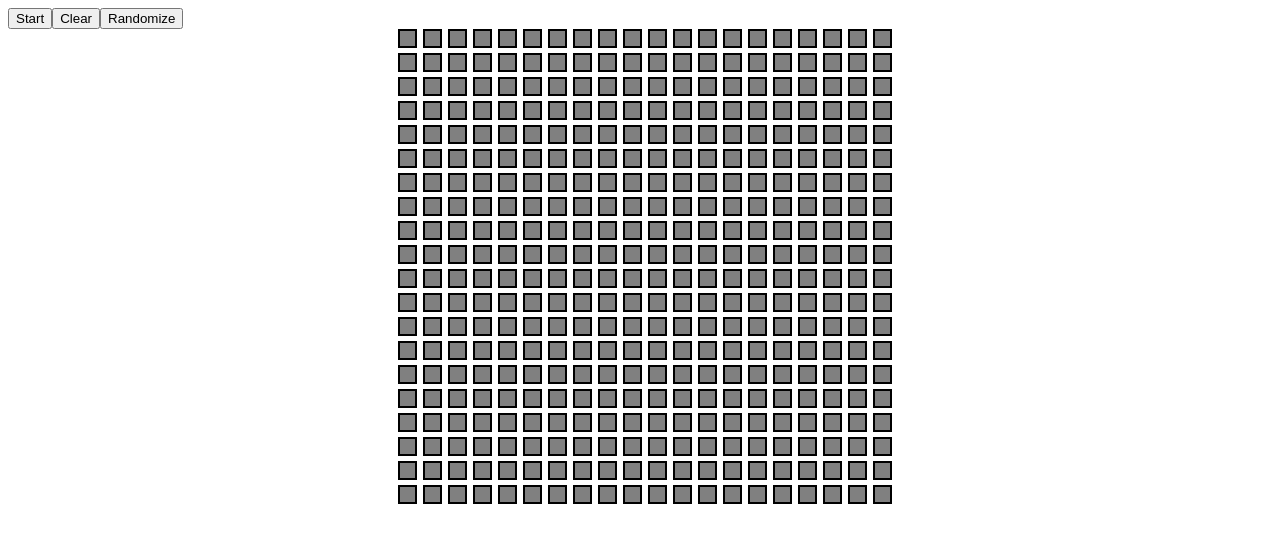
Repository: avanbussum/cellular-automata
Page: /
An editor plug-in stored every save of this project. The page is shown before and after the next save, followed by the edit.
The browser window is 1280 px wide. The pictures show the whole page.
The project was rebuilt for these pictures with package versions that can differ from the ones it lists, and the page was loaded fresh each time.

Above is the page before, as saved 2023-04-29 01:16:39.

### src/App.js
import React, { useState, useCallback, useRef } from 'react'
import Produce from 'immer';

const numRows = 20;
const numCols = 20;

let rps = false;

// const cell = {alive: 0, type: 0, color: ''};
//const deadcell = {dead: 0, type: 0, color: ''};


const neighborCoordinates = [
  [0, 1],
  [0, -1],
  [1, 1],
  [1, -1],
  [-1, 0],
  [-1, 1],
  [-1, -1],
  [1, 0]
]

const resetGrid = () => {
  const rows = [];
  for (let i = 0; i < numRows; i++) {
    rows.push(Array.from(Array(numCols), () => { const cell = { alive: 0, type: '', color: 'purple' }; return (cell) }
    ))
  }
  console.log(rows.join(rows.type))
  return rows;
}

export const App = () => {
  const [grid, setGrid] = useState(() => {
    return resetGrid()
  });

  const [running, setRunning] = useState(false)

  const runningRef = useRef(running);
  runningRef.current = running

  const runSimulation = useCallback(() => {
    if (!runningRef.current) {
      return;
    }
    setGrid((grid) => {
      return Produce(grid, gridCopy => {
        for (let x = 0; x < numRows; x++) {
          for (let y = 0; y < numCols; y++) {
            let neighbors = 0;
            neighborCoordinates.forEach(([a, b]) => {
              const newX = x + a;
              const newY = y + b;

              if (newX >= 0 && newX < numRows && newY >= 0 && newY < numCols) {
                neighbors += grid[newX][newY].alive
              }
            })

            // "game of life - rules"

            // if (neighbors < 2 || neighbors > 3) {
            //   gridCopy[x][y].alive = 0;
            // } else if (grid[x][y].alive === 0 && neighbors === 3) {
            //   gridCopy[x][y].alive = 1;
            // }

            //"seeds"

            // if (grid[x][y].alive === 1 && neighbors === 2) {
            //   gridCopy[x][y].alive = 1;
            // } else if (grid[x][y].alive === 0 && neighbors === 2) {
            //   gridCopy[x][y].alive = 1;
            // } else {
            //   gridCopy[x][y].alive = 0;
            // }

            // "RPS"
            rps = true
            let r = 0;
            let p = 0;
            let s = 0;
            console.log(s)

            neighborCoordinates.forEach(([a, b]) => {
              const newX = x + a;
              const newY = y + b;

              if (newX >= 0 && newX < numRows && newY >= 0 && newY < numCols) {
                if (grid[newX][newY].type === 'scissors') s++;
                if (grid[newX][newY].type === 'rock') r++;
                if (grid[newX][newY].type === 'paper') p++;
              }
            })

            let cur = grid[x][y];
            if (cur.alive) {
              switch (cur.type) {
                case 'rock':
                  if (p>2) {
                    gridCopy[x][y].type = 'paper';
                    gridCopy[x][y].color = 'green';
                  }
                break;

                case 'paper':

                  if (s>2) {
                    gridCopy[x][y].type = 'scissors';
                    gridCopy[x][y].color = 'red';
                  }
                break;

                case 'scissors':
                  if (r>2) {
                    gridCopy[x][y].type = 'rock';
                    gridCopy[x][y].color = 'blue';
                  }
                break;
              }
            }



          }
        }
      });
    });


    setTimeout(runSimulation, 0.1);
  }, []);




  return (
    <>
      <button
        onClick={() => {
          setRunning(!running);
          if (!running) {
            runningRef.current = true;
            runSimulation();
          }
        }}
      >
        {running ? 'Stop' : 'Start'}
      </button>
      <button onClick={() => setGrid(resetGrid())}>Clear</button>
      <button
        onClick={() => {
          const rows = [];

          for (let i = 0; i < numRows; i++) {
            rows.push(
              Array.from(Array(numCols), () => {
                const cell = { alive: 0, type: '', color: 'purple' };
                let prob = 0.4;
                if (rps === true) prob = 1
                if (Math.random() < prob) {
                  cell.alive = 1;
                }
                else {
                  cell.alive = 0;
                }

                if (rps === true) {
                  if (Math.random() < 1 / 3) {
                    cell.type = 'rock';
                    cell.color = 'blue'
                  }
                  else if (Math.random() > 2 / 3) {
                    cell.type = 'paper';
                    cell.color = 'green'

                  }
                  else {
                    cell.type = 'scissors';
                    cell.color = 'red'
                  }
                }

                return cell;
              })
            );
          }
          console.log(rows)
          setGrid(rows);
        }}
      >
        Randomize
      </button>

      <div
        style={{
          display: 'grid',
          gridTemplateColumns: `repeat(${numCols}, 10px)`,
          rowGap: '5px',
          columnGap: '15px',
          justifyContent: 'center',
        }}
      >
        {grid.map((rows, x) =>
          rows.map((col, y) => (
            <div
              onClick={() => {
                const newGrid = Produce(grid, (gridCopy) => {
                  gridCopy[x][y].alive = grid[x][y].alive ? 0 : 1;
                });
                setGrid(newGrid);
              }}
              key={`${x}-${y}`}
              style={{
                width: 15,
                height: 15,
                backgroundColor: grid[x][y].alive ? grid[x][y].color : 'gray',
                border: 'solid 2px black',
              }}
            />
          ))
        )}
      </div>
    </>
  );
}

export default App;

Loaded but not shown: public/index.html (common file); src/index.js (common file); src/reportWebVitals.js (common file)

After the next save:
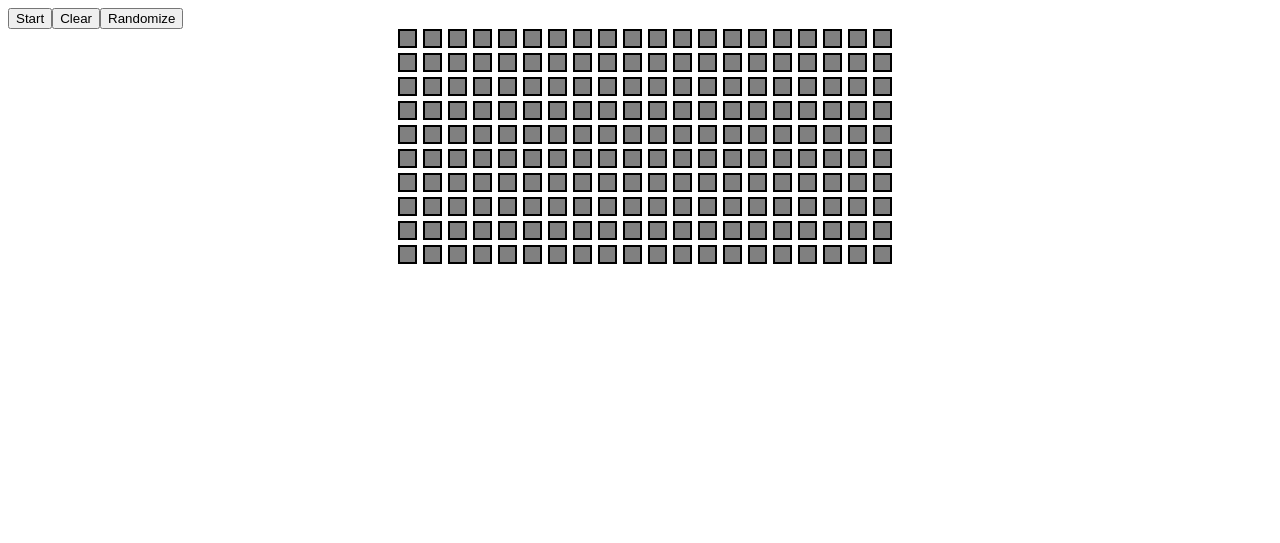
Saved 16 s later.
--- a/src/App.js
+++ b/src/App.js
@@ -1,7 +1,7 @@
 import React, { useState, useCallback, useRef } from 'react'
 import Produce from 'immer';
 
-const numRows = 20;
+const numRows = 10;
 const numCols = 20;
 
 let rps = false;
